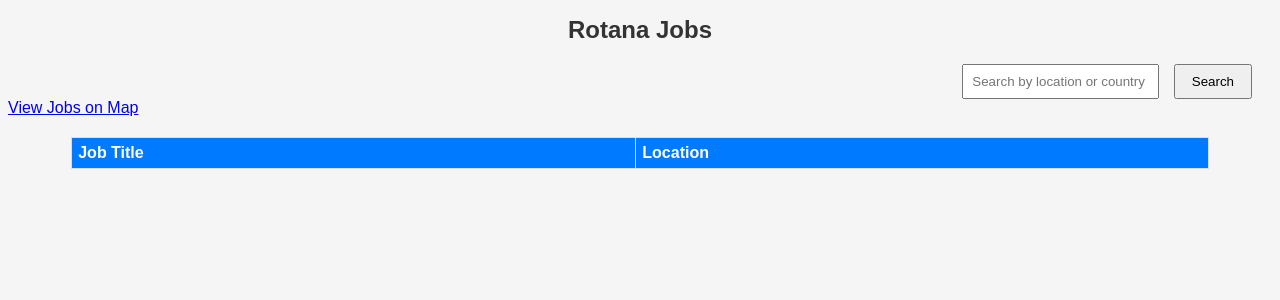
Repository: Reham28/RotanaJobs
Page: public/index.html
An editor plug-in stored every save of this project. The page is shown before and after the next save, followed by the edit.
The browser window is 1280 px wide. The pictures show the whole page.
The page's requests for data from a server got no answer.

Above is the page before, as saved 2023-09-16 18:54:39.

After the next save:
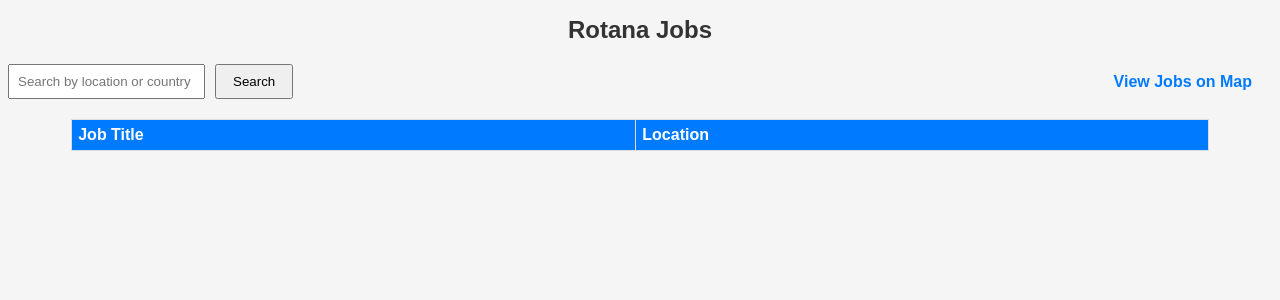
Saved 20 s later.
--- a/public/style.css
+++ b/public/style.css
@@ -74,10 +74,17 @@
     background-color: #ddd;
   }
   /**/
-  .search {
-    text-align: right;
+  .top-bar {
+    display: flex;
+    justify-content: space-between;
+    align-items: center;
     margin-top: 20px;
     margin-right: 20px;
+  }
+
+  .search {
+    display: flex;
+    align-items: center;
   }
 
   .search input {
@@ -88,3 +95,14 @@
   .search button {
     padding: 8px 16px;
   }
+
+  .nav-link a {
+    text-decoration: none;
+    font-weight: bold;
+    font-size: 16px;
+    color: #007bff;
+  }
+
+  .nav-link a:hover {
+    color: #0056b3;
+  }
